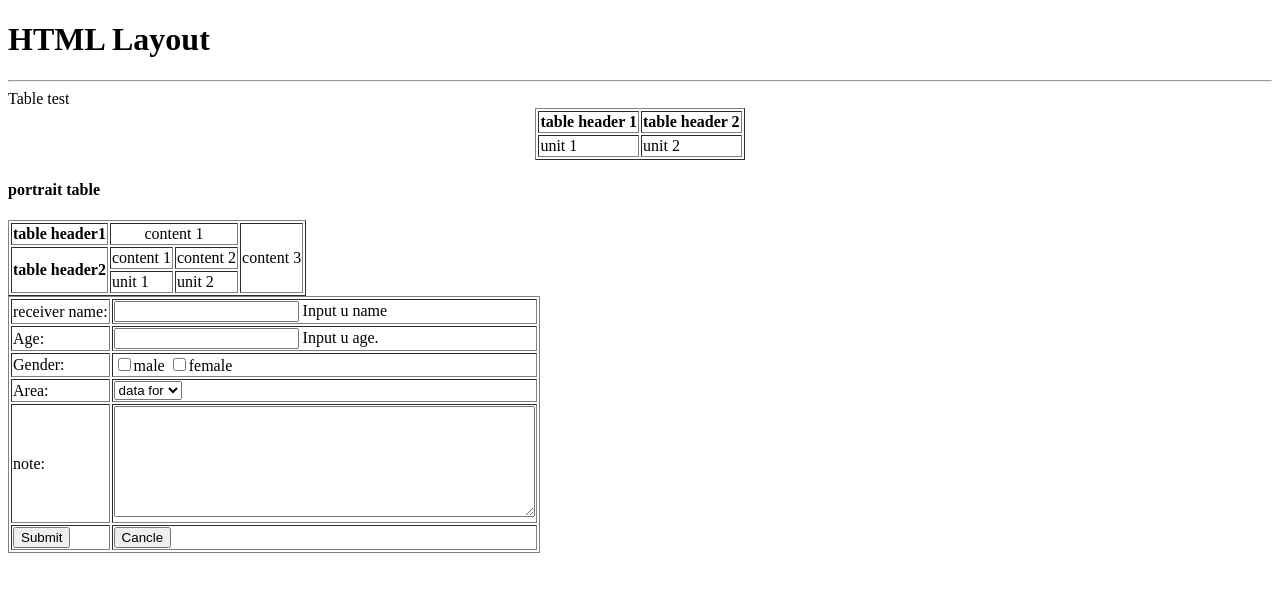
Repository: libelosophy/anjoyo
Page: workspace/QTalk/WebContent/html/table.html
An editor plug-in stored every save of this project. The page is shown before and after the next save, followed by the edit.
The browser window is 1280 px wide. The pictures show the whole page.

Above is the page before, as saved 2013-09-09 12:14:26.

After the next save:
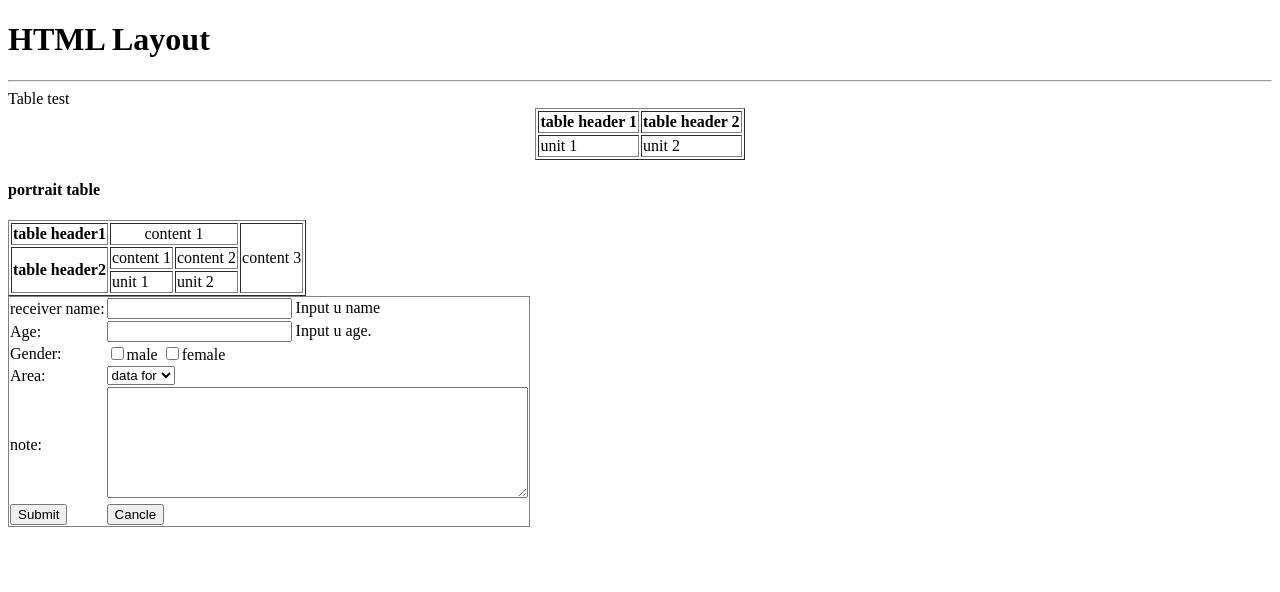
Saved 22 s later.
--- a/workspace/QTalk/WebContent/html/table.html
+++ b/workspace/QTalk/WebContent/html/table.html
@@ -45,7 +45,7 @@
 	</table>
 
 	<form action="提交到服务器的哪个页面" method="POST|GET">
-		<table border="1" cellspcace="1" frame="border" >
+		<table border="1" cellspcace="1" frame="border" rules="none">
 			<tr>
 				<td>receiver name:</td>
 				<td><input type="text" name="name" size="20" /> Input u name</td>

After the save that followed:
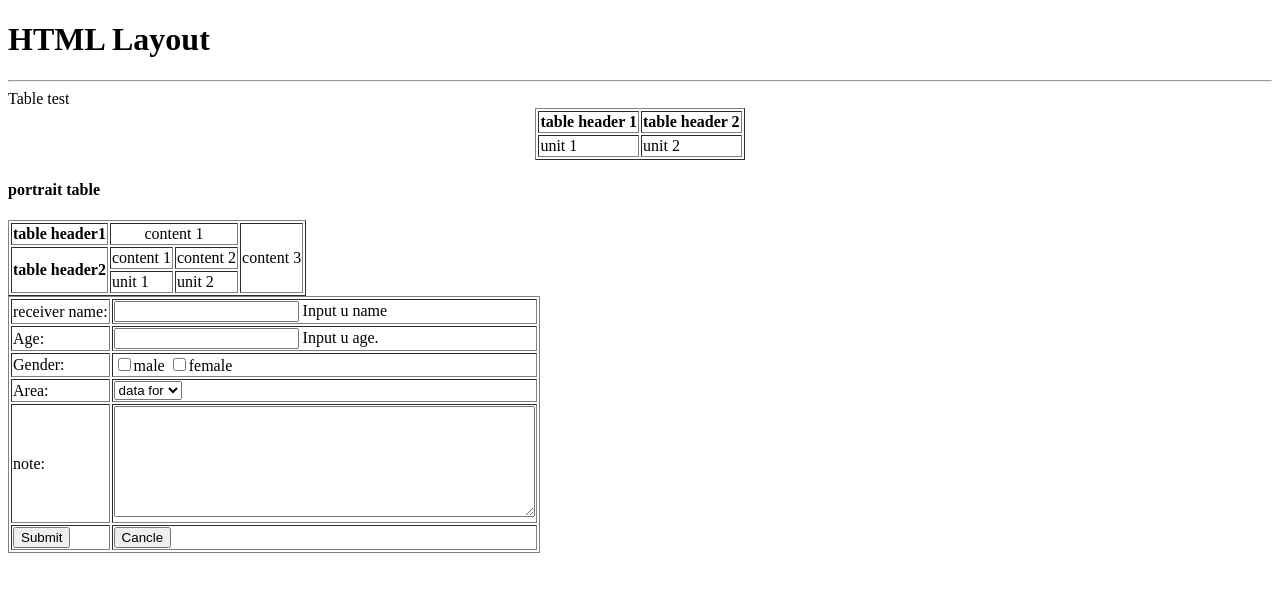
Saved 28 s later.
--- a/workspace/QTalk/WebContent/html/table.html
+++ b/workspace/QTalk/WebContent/html/table.html
@@ -45,7 +45,7 @@
 	</table>
 
 	<form action="提交到服务器的哪个页面" method="POST|GET">
-		<table border="1" cellspcace="1" frame="border" rules="none">
+		<table border="1" cellspcace="1" frame="border"  >
 			<tr>
 				<td>receiver name:</td>
 				<td><input type="text" name="name" size="20" /> Input u name</td>
